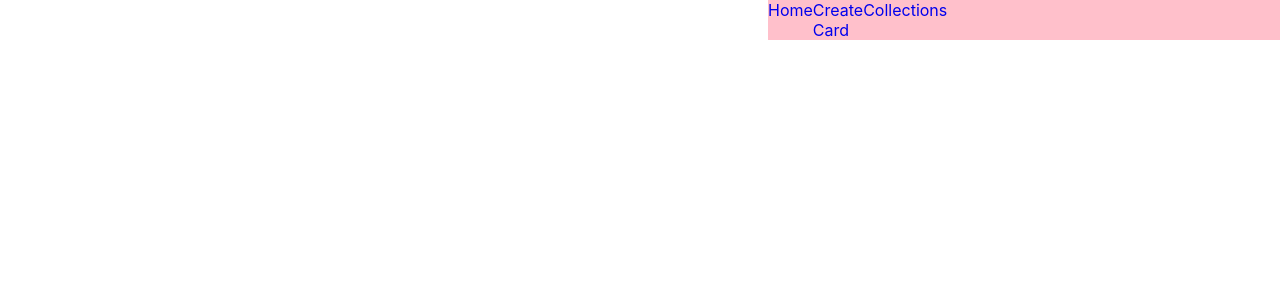
Repository: MikeTroianello/phos-react
Page: /
An editor plug-in stored every save of this project. The page is shown before and after the next save, followed by the edit.
The browser window is 1280 px wide. The pictures show the whole page.
The project was rebuilt for these pictures with package versions that can differ from the ones it lists, and the page was loaded fresh each time. A package was used in the major version that the imports need, not the one package.json lists. Also part of the build but not shown: src/App.css, src/components/card/Card.js.

Above is the page before, as saved 2020-06-02 16:33:30.

### src/App.js
import React from 'react';
import logo from './logo.svg';
import './App.css';
import Card from './components/card/Card';
import Main from './components/main/Main.js';

function App() {
  return <Main />;
}

export default App;

### src/components/main/Main.js
import React from 'react';
import Navbar from '../navbar/Navbar';
import { Route, Switch } from 'react-router-dom';
import Card from '../card/Card';

const Main = () => {
  return (
    <div>
      <Navbar />
      <Switch>
        <Route exact path='/card' render={(props) => <Card {...props} />} />
      </Switch>
    </div>
  );
};

export default Main;

### src/components/card/card.css
.homepage-top {
  display: flex;
  justify-content: space-evenly;
  flex-wrap: wrap;
  height: 82vh;
}

@media (min-width: 427px) and (max-width: 976px) {
  .homepage-top {
    height: 150vh;
    background-position: 0% 22%;
  }
}

/* @media (max-width: 427px) {
  .homepage-top {
    height: 1200px;
    background-position: 0% 22%;
  }
} */

.homepage-greet {
  margin-top: 6vh;
}

.homepage-greet h1 {
  font-size: 6em;
}

.homepage-greet p {
  font-size: 2em;
}

.homepage-separation {
  height: 1vh;
  width: auto;
  background-color: rgba(148, 151, 168, 0.9);
  margin-top: -1vh;
}

.homepage-sad {
  margin: 5vw;
  /* margin-left: 5vw; */
}

.homepage-sad h2 {
  font-size: 5em;
  text-align: center;
}

.homepage-sad h4 {
  font-size: 2.5em;
  text-align: center;
  margin: 10vw;
}

.homepage-sad p {
  font-size: 1.75em;
  text-align: center;
}

.homepage-sunlog {
  display: flex;
  justify-content: space-between;
  flex-wrap: wrap;
}

.sunlog-description {
  margin-left: 5vw;
  text-align: center;
  max-width: 700px;
}

.sunlog-description h2 {
  font-size: 3em;
}

.sunlog-description p {
  font-size: 1.3em;
  margin: 7vh 0;
}

.sunlog-example {
  display: flex;
  flex-direction: column;
  /* max-width: 98%; */
  padding: 1%;
}

.sunlog-example h4 {
  text-align: center;
  margin: 0 0 2vh 0;
}

.sunlog-create {
  margin: 10vh 0;
}

.footer {
  /* position: absolute; */
  /* bottom: 0;
  width: 100%; */
  border-top: 1px solid black;
  display: flex;
  justify-content: space-evenly;
  background-color: rgb(119, 159, 219);
  overflow: auto;
}

.footer-button {
  margin: 3vh 0;
  height: 50%;
  width: 122px;
  font-size: 1em;
  background-color: rgb(224, 242, 243);
}

.footer-button:hover {
  transition: 0.25s;
  background-color: rgb(183, 207, 218);
}

/* .footer-contact {
  text-align: center;
} */

/* FOR THE FOOTER LOGO */

.footer-logo {
  display: flex;
  align-items: center;
  /* color: white; */
  padding: 1px 6px 0;
  font-weight: bold;
  border-style: solid;
  /* border-color: White; */
  width: 40px;
  /* border-width: 2px; */
  margin: 30px 0;
}

.mt-logo {
  margin: 3px 0;
  text-align: center;
}

/* EVERYTHING BELOW HERE IS FOR THE CARD FLIP ANIMATION AND POSSIBLY A VIDEO PLAYER */

.signup-login-container {
  margin: 5vh 0 0 0;
  display: flex;
  flex-direction: column;
  max-width: 425px;
  align-items: center;

  /* color: green; */
}

.create-button {
  width: 90%;
  height: 50px;
  border-radius: 1ch;
  font-size: 1.8em;
  margin: 15vh 0 0 0;
  /* background-color: rgba(93, 87, 87, 0.7); */
  background-color: rgba(180, 194, 60, 0.75);
}

@media (min-height: 760px) {
  .create-button {
    margin: 18vh 0 0 0;
  }
}

@media (min-width: 450px) and(max-width: 580px) {
  .homepage-greet h1 {
    font-size: 5em;
  }
  .homepage-greet p {
    text-align: center;
  }
}

@media (max-width: 450px) {
  .homepage-greet h1 {
    font-size: 4em;
  }

  .homepage-greet p {
    text-align: center;
  }
}

.create-button:hover {
  transition: 0.3s;
  background-color: rgba(93, 87, 87, 0.8);
}

.container {
  width: 420px;
  height: 345px;
  position: relative;
  -webkit-perspective: 1000px;
  -moz-perspective: 1000px;
  -o-perspective: 1000px;
  perspective: 1000px;
}
.card {
  width: 100%;
  height: 100%;
  position: absolute;

  -webkit-transition: -webkit-transform 1s;
  -moz-transition: -moz-transform 1s;
  -o-transition: -o-transform 1s;
  transition: transform 1s;
  -webkit-transform-style: preserve-3d;
  -moz-transform-style: preserve-3d;
  -o-transform-style: preserve-3d;
  transform-style: preserve-3d;
  -webkit-transform-origin: 50% 50%;
}

.card-div {
  display: block;
  height: 100%;
  width: 100%;
  /*     line-height: 260px; */
  /*     color: white; */
  text-align: center;
  font-weight: bold;
  /*     font-size: 140px; */
  position: absolute;
  -webkit-backface-visibility: hidden;
  -moz-backface-visibility: hidden;
  -o-backface-visibility: hidden;
  backface-visibility: hidden;
}
.card .front {
  /* background: red; */
  /* background-color: rgba(255, 255, 255, 0.2); */
}
.card .back {
  /* background: blue; */
  /* background-color: rgba(255, 255, 255, 0.2); */
  -webkit-transform: rotateY(180deg);
  -moz-transform: rotateY(180deg);
  -o-transform: rotateY(180deg);
  transform: rotateY(180deg);
}
.card.flipped {
  -webkit-transform: rotateY(180deg);
  -moz-transform: rotateY(180deg);
  -o-transform: rotateY(180deg);
  transform: rotateY(180deg);
}

/* FOR THE VIDEO */

#myVideo {
  position: fixed;
  right: 0;
  bottom: 0;
  min-width: 100%;
  min-height: 100%;
}

/* Add some content at the bottom of the video/page */
.content {
  position: fixed;
  bottom: 0;
  background: rgba(0, 0, 0, 0.5);
  color: #f1f1f1;
  width: 100%;
  padding: 20px;
}

/* Style the button used to pause/play the video */
#myBtn {
  width: 200px;
  font-size: 18px;
  padding: 10px;
  border: none;
  background: #000;
  color: #fff;
  cursor: pointer;
}

#myBtn:hover {
  background: #ddd;
  color: black;
}

@media (max-width: 426px) {
  .container {
    max-width: 315px;
    perspective: 0px;
  }

  .create-button {
    margin: 3vh 0 0 0;
  }

  .signup-login-container {
    margin: 0;
  }

  .homepage-top {
    height: 136vh;
  }

  .create-button {
    width: 100%;
    height: auto;
  }

  .signup {
    height: 340px;
  }
}

@media (max-width: 375px) {
  .homepage-sad {
    margin: 0;
    text-align: center;
  }

  .sunlog-description {
    margin: 0;
  }
}

@media (max-width: 470px) {
  .footer-button {
    display: none;
  }

  .footer-contact {
    font-size: 0.8em;
    text-align: start;
    margin-top: 17px;
  }

  .footer-contact p {
    margin: 7px 0 0;
  }

  .footer-logo {
  }
}

/* NAVBAR */

.navbar {
  display: flex;
  justify-content: space-between;
  align-items: center;
  border-bottom: 1px solid black;
  height: 10vh;
  position: fixed;
  width: 100%;
  top: 0;
  background-color: rgb(142, 194, 234);
  /* background-color: rgb(180, 214, 241) */
  z-index: 1;
  /* overflow: hidden; */
}

.nav-links {
  display: flex;
  justify-content: space-around;
  width: 50%;
}

@media (min-width: 730px) and (max-width: 850px) {
  .nav-links {
    width: 60%;
  }
}
@media (min-width: 427px) and (max-width: 730px) {
  .nav-links {
    width: 80%;
    font-size: 0.75em;
  }

  .logged-in-user {
    font-size: 0.75em;
  }
}

@media (max-width: 426px) {
  .nav-links {
    width: 100%;
    font-size: 0.75em;
  }

  .logged-in-user {
    display: none;
  }
}

.logged-in-user {
  margin: 0 0 0 2vw;
}

.nav-links a {
  color: black;
  text-decoration: none;
  font-size: 1.5em;
}

.nav-links a:hover {
  transition: 0.2s;
  color: rgb(1, 24, 128);
  /* text-decoration: underline; */
}

.chosen {
  color: rgb(30, 4, 95);
  text-decoration: underline;
}

.App {
  text-align: center;
  margin-top: 10vh;
}

.App-header {
  background-color: #282c34;
  min-height: 100vh;
  display: flex;
  flex-direction: column;
  align-items: center;
  justify-content: center;
  font-size: calc(10px + 2vmin);
  color: white;
}

.App-link {
  color: #09d3ac;
}

h1 {
  text-align: center;
}

i {
  text-align: center;
}

a {
  text-decoration: none;
}

.top-push {
  margin-top: 12.25vh;
}

/* CREATE LOGS */

.log-head {
  /* display: flex; */
  border-bottom: 1px solid black;
}

.log-head > span {
  justify-content: space-between;
  margin: -21px 0px 0px;
}

.name-and-gender {
  display: flex;
  justify-content: space-around;
  align-items: center;
  /* border: 1px solid black; */
  /* justify-content: space-evenly; */
}

.name-and-gender > div {
  width: 30%;
}

.name-box {
  min-width: 45%;
  text-align: center;
}

@media (max-width: 375px) {
  .name-box {
    font-size: 0.75em;
  }
}

.weather-box {
  text-align: center;
  margin-top: -3.5%;
  /* max-width: 45%; */
  /* border-bottom: 1px solid black; */
  /* border-left: 1px solid black; */
  /* border-radius: 2%; */
}

.weather-box > p {
  /* max-width: 45%; */

  font-size: 0.75em;
  margin-top: 7px;
  margin-bottom: 2px;
}

.weather-icon {
  margin: -43px 0px -36px;
  /* margin: -41px 15px -36px; */
  /* border: 1px solid black; */
  /* FOR MOBILE margin:-6.7vh 4.98vw */
}

.gradient {
  background: rgb(2, 10, 46);
  background: linear-gradient(
    90deg,
    rgba(2, 10, 46, 1) 0%,
    rgba(12, 35, 135, 1) 30%,
    rgba(87, 139, 53, 1) 59%,
    rgba(255, 195, 66, 1) 100%
  );
}

.red {
  color: red;
  text-align: center;
}
.false {
  color: red;
  text-align: center;
}

.green {
  color: rgb(16, 116, 16);
  text-align: center;
}

.black {
  color: black;
  text-align: center;
}

/* VIEW ALL LOGS PAGE */

.view-header {
  display: flex;
  flex-wrap: wrap;
  justify-content: space-evenly;
  /* border-bottom: 1px dotted black; */
}

.view-header > div > h1 {
  margin: 0px 0 4vh 0;
}

.create-log-link {
  text-align: center;
}

.log-box {
  display: flex;
  flex-wrap: wrap;
  justify-content: space-evenly;
}

.log {
  border: 1px solid black;
  margin: 5vh 1.4vw;
  padding: 0 1vw;
  border-radius: 10px;
  width: 550px;
  box-shadow: 2px 2px #9398a2;
  background-color: #baccf1;
  /* min-width: 420px; */
}

.mock-log {
  border: 1px solid black;
  margin: 5vh 1.4vw;
  padding: 0 1vw;
  border-radius: 10px;
  max-width: 550px;
  box-shadow: 2px 2px #9398a2;
  background-color: #baccf1;
}

.log h2 {
  text-align: center;
}

.weather-audit {
  border: 1px solid black;
  margin: 1vh;
  padding: 0 1vw;
  max-width: 500px;
}

.header {
  display: flex;
  justify-content: space-between;
  border-bottom: 1px dashed black;
  text-align: center;
}

.header > span {
  font-size: 16px;
  width: 25%;
  font-weight: bold;
  text-align: center;
}

.weather-average-header {
  display: flex;
  justify-content: space-between;
  text-align: center;
}

.weather-average-header span {
  width: 22%;
  text-align: center;
}

.filter-box {
  display: flex;
  flex-wrap: wrap;
  justify-content: space-around;
  align-items: center;
  border-top: 1px dotted black;
}

.gender-filter {
  text-align: center;
}

.gender-filter button {
  background-color: rgb(233, 30, 99);
  border-radius: 50%;
  height: 50px;
  width: 100px;
  font-size: 1em;
}

.gender-filter button:hover {
  transition: 0.2s;
  background-color: rgb(240, 97, 130);
}

.view-default-logs {
  background-color: rgba(234, 60, 100, 1);
  height: 50px;
  font-size: 1em;
  font-weight: bold;
  border-radius: 3ch;
  margin-top: 1vh;
}

.view-default-logs:hover {
  transition: 0.2s;
  background-color: rgb(240, 97, 130);
}

.gender {
  margin-left: 2vw;
  /* text-align: end; */
}

.mood-and-productivity {
  display: flex;
  justify-content: space-evenly;
  text-align: center;
}

.mood-and-productivity > h3 {
  width: 40%;
  /* display: flex;
  justify-content: space-between; */
  border: 1px solid black;
}

.mood-and-productivity > h3 > p {
  color: red;
}

/* SIGNUP */
.signup {
  border: 2px solid black;
  overflow: hidden;
  background-color: rgba(250, 250, 250, 0.55);
  border-radius: 17px;
  display: flex;
  flex-direction: column;
  /* justify-content: flex-end; */
  min-height: 300px;
  height: 333px;
  max-width: 400px;
  margin: 2vw 0;
  padding: 2vh 1vw 0;
}

@media (min-height: 760px) {
  .signup {
    height: 365px;
  }
}

/* .signup > form {
  min-height: 280px;
} */

.signup-button {
  display: flex;
  /* align-items: flex-end; */
  justify-content: center;
}

.signup-button > button {
  margin-top: 1vh;
  font-size: 2em;
  height: 50px;
  width: 60%;
  border-radius: 1ch;
  margin-bottom: 2vh;
  background-color: rgba(114, 185, 240, 0.75);
}

.signup-button > button:hover {
  transition: 0.3s;
  background-color: rgba(114, 185, 240, 0.9);
}

.login-button {
  display: flex;
  /* align-items: flex-end; */
  justify-content: center;
}

.login-button > button {
  margin-top: 6vh;
  font-size: 2em;
  height: 50px;
  width: 60%;
  border-radius: 1ch;
  margin-bottom: 3vh;
  background-color: rgba(114, 185, 240, 0.75);
}

.login-button > button:hover {
  transition: 0.3s;
  background-color: rgba(114, 185, 240, 0.9);
}

.signup-header {
  text-align: center;
  font-size: 1.66em;
  margin-bottom: 2vh;
}

.form-piece {
  display: flex;
  justify-content: space-between;
  margin: 2vh 0;
}

.login-form-piece {
  font-size: 1.5em;
  margin: 20px 0;
}

.signup-message {
  /* margin: 5vh 0; */
  color: red;
  text-align: center;
}

/* THIS IS YOUR PROFILE PAGE */

.profile-header {
  display: flex;
}

.profile-date > span {
  font-size: 1.25em;
}

.cog {
  justify-content: end;
}

.profile-log-head {
  display: flex;
  justify-content: space-around;
}

@media (max-width: 345px) {
  .log h2 {
    font-size: 1em;
  }
}

.profile-mood-box {
  display: flex;
  /* flex-direction: column; */
  justify-content: space-evenly;
  align-items: center;
  flex-wrap: wrap;
}

.no-log-created {
  font-size: 3em;
  text-align: center;
  margin-top: 15vh;
}

.sort-by-age-box {
  display: flex;
  justify-content: center;
}

.sort-by-age {
  height: 50px;
  width: 45%;
  border-radius: 10px;
  font-size: 1.2em;
  background: rgba(69, 140, 216, 0.6);
  margin: 5% 0 0 0;
}

.sort-by-age:hover {
  transition: 0.25s;
  background: rgba(69, 140, 216, 0.9);
}

@media (max-width: 800px) {
  .sort-by-age {
    width: 75%;
  }
}

.weather-box-profile {
  margin-top: -0.5%;
}

@media (max-width: 425px) {
  .view-profile-overall-happiness {
    text-align: center;
  }
}

/* CREATE A LOG */

.create-log-page {
  display: flex;
  justify-content: center;
}

.create-log {
  border: 1px solid black;
  border-radius: 5px;
  margin: 1% 1% 0;
  text-align: center;
  max-width: 450px;
  height: 550px;
}

.create-log-button {
  width: 90%;
  height: 50px;
  border-radius: 1ch;
  font-size: 1.8em;
  margin: 0 0 2vh 0;
  /* background-color: rgba(93, 87, 87, 0.7); */
  background-color: rgba(180, 194, 60, 0.75);
}

.one-through-five-box {
  color: blue;
  font-weight: 100;
}

.one-through-five {
  display: flex;
  justify-content: space-around;
}

.one-through-five > span {
  margin: 12px 0;
  padding: 6px 11px;
  border: 2px solid blue;
  border-radius: 50%;
}

.one-through-five > button {
  margin: 12px 0;
  padding: 6px 11px;
  border: 2px solid blue;
  border-radius: 50%;
}

.one-through-five > #mood {
  color: rgb(15, 120, 218);
  margin: 12px 0;
  padding: 6px 6px;
  border: 2px solid blue;
  border-radius: 50%;
}

.one-through-five > #mood:hover {
  transition: 0.2s;
  background-color: rgba(250, 148, 148, 0.8);
}
.one-through-five > span:hover {
  transition: 0.2s;
  background-color: lightblue;
}

.one-through-five > span:focus {
  background-color: lightcoral;
}

.one-through-five > button:hover {
  transition: 0.2s;
  background-color: lightblue;
}

.one-through-five > button:focus {
  background-color: lightcoral;
}

#mood:target {
  background-color: black;
}

:target {
  background-color: black;
}

/* SETTINGS PAGE */

.settings-top {
  display: flex;
  flex-direction: column;
  justify-content: center;
  align-items: center;
  text-align: center;
}

.settings {
  /* border-left: 1px solid black;
  border-right: 1px solid black; */
  width: 54%;
  border-left: 3px solid black;
  border-right: 3px solid black;
  border-bottom: 2px solid black;
  margin-bottom: 3vh;
  padding: 1%;
  background: #a9c3e0;
}

@media (max-width: 700px) {
  .settings {
    width: 93%;
  }
}

.settings-change-preferences {
  border-top: 2px solid black;
  border-bottom: 2px solid black;
  padding-bottom: 2vh;
  margin-top: 2vh;
}

.settings-change-preferences-button {
  height: 30px;
  width: 27%;
  min-width: 120px;
  border-radius: 10px;
  font-size: 0.85em;
  background: rgba(224, 166, 166, 0.7);
}

.settings-change-preferences-button:hover {
  transition: 0.25s;
  background: rgba(235, 160, 160, 0.95);
}

.settings-change-info {
  display: flex;
  flex-direction: column;
  align-items: center;
  border-bottom: 2px solid black;
  padding-bottom: 2vh;
}

.change-account-sub-box {
  display: flex;
  justify-content: space-between;
  width: 275px;
}

.settings-change-password {
  border-top: 2px solid black;
  margin-top: 2vh;
}

.change-password-super-box {
  display: flex;
  justify-content: center;
}

.change-password-box {
  display: flex;
  flex-direction: column;
  justify-content: center;
  width: 275px;
}

.change-password-sub-box {
  display: flex;
  justify-content: space-between;
}

.settings-change-button {
  color: white;
  font-size: 1em;
  height: 35px;
  width: 30%;
  margin: 6vh 0 3vh;
  border-radius: 1ch;
  background-color: rgba(36, 100, 184, 0.8);
  align-self: center;
}

.settings-change-button:hover {
  transition: 0.2s;
  background-color: rgba(19, 71, 139, 0.8);
}

.delete {
  background-color: rgba(255, 0, 0, 0.75);
  /* box-shadow: 1px 1px rgb(16, 15, 15); */
  font-size: 1.5em;
  height: 52px;
  width: 200px;
  margin: 3%;
  border-radius: 2ch;
  border: 2px solid black;
}

.delete:hover {
  transition: 0.3s;
  background-color: rgba(255, 0, 0, 0.9);
}

.confirmDelete {
  margin: 3vh 0 0 0;
}

/* MOBILE */

@media (min-width: 425px) and (max-width: 770px) {
  .header-productivity {
    width: 27% !important;
  }
}

@media (max-width: 420px) {
  .filter-box > div {
    width: 100%;
    margin: 2vh 0;
    text-align: center;
  }

  .weather-box > p {
    margin-left: 9px;
  }

  .logged-in-user {
    margin: 0 0 0 2vw;
    font-size: 0.7em;
  }

  .create-button {
    width: 90%;
    margin: 8% 5% 2%;
  }

  .header-productivity {
    width: 31% !important;
  }
}

@media (min-width: 370px) and (max-width: 419px) {
  .header-productivity {
    width: 31% !important;
  }
}

@media (max-width: 1500px) {
  .settings-change-button {
    width: 250px;
    /* width: 85%; */
  }
}

### src/components/navbar/Navbar.js
import React from 'react';
import { Link } from 'react-router-dom';

import './navbar.css';

const Navbar = () => {
  return (
    <div>
      <div>
        <Link className='link' to='/'>
          Home
        </Link>
        <Link className='link' to='/create'>
          Create Card
        </Link>
        <Link className='link' to='/collections'>
          Collections
        </Link>
      </div>
    </div>
  );
};

export default Navbar;

### src/components/navbar/navbar.css
div {
  display: flex;
  flex-direction: row;
  justify-content: flex-end;
}

div > div {
  width: 40%;
  justify-content: space-between;
  background-color: pink;
}

/* .link {
  margin: 3% 10%;
  width: 100%;
} */

Loaded but not shown: public/index.html (common file); src/index.js (common file); src/index.css (common file); src/serviceWorker.js (common file)

After the next save:
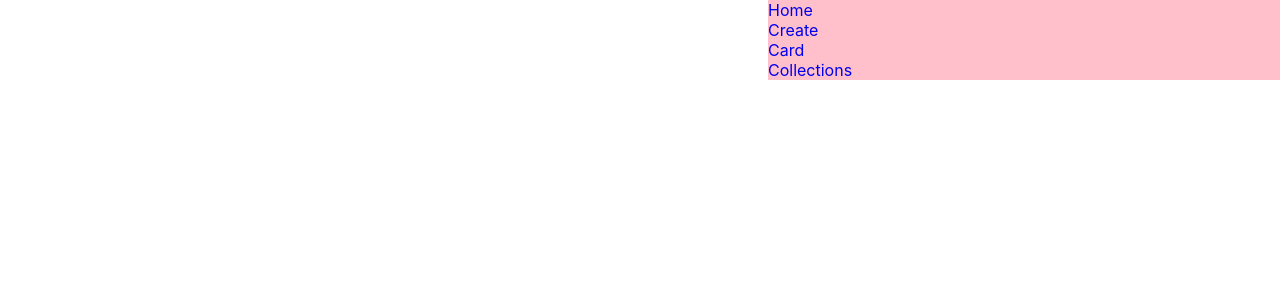
Saved 22 s later.
--- a/src/components/navbar/navbar.css
+++ b/src/components/navbar/navbar.css
@@ -6,6 +6,7 @@
 
 div > div {
   width: 40%;
+  flex-direction: column;
   justify-content: space-between;
   background-color: pink;
 }

After the save that followed:
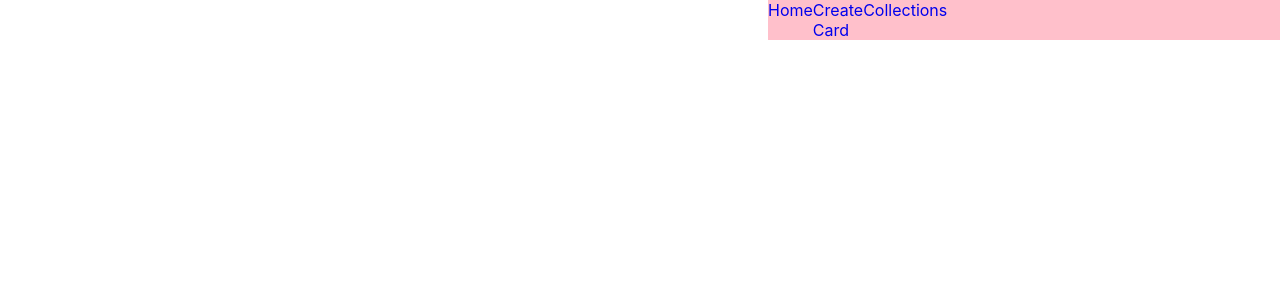
Saved 4 s later.
--- a/src/components/navbar/navbar.css
+++ b/src/components/navbar/navbar.css
@@ -6,7 +6,7 @@
 
 div > div {
   width: 40%;
-  flex-direction: column;
+  flex-direction: row;
   justify-content: space-between;
   background-color: pink;
 }
